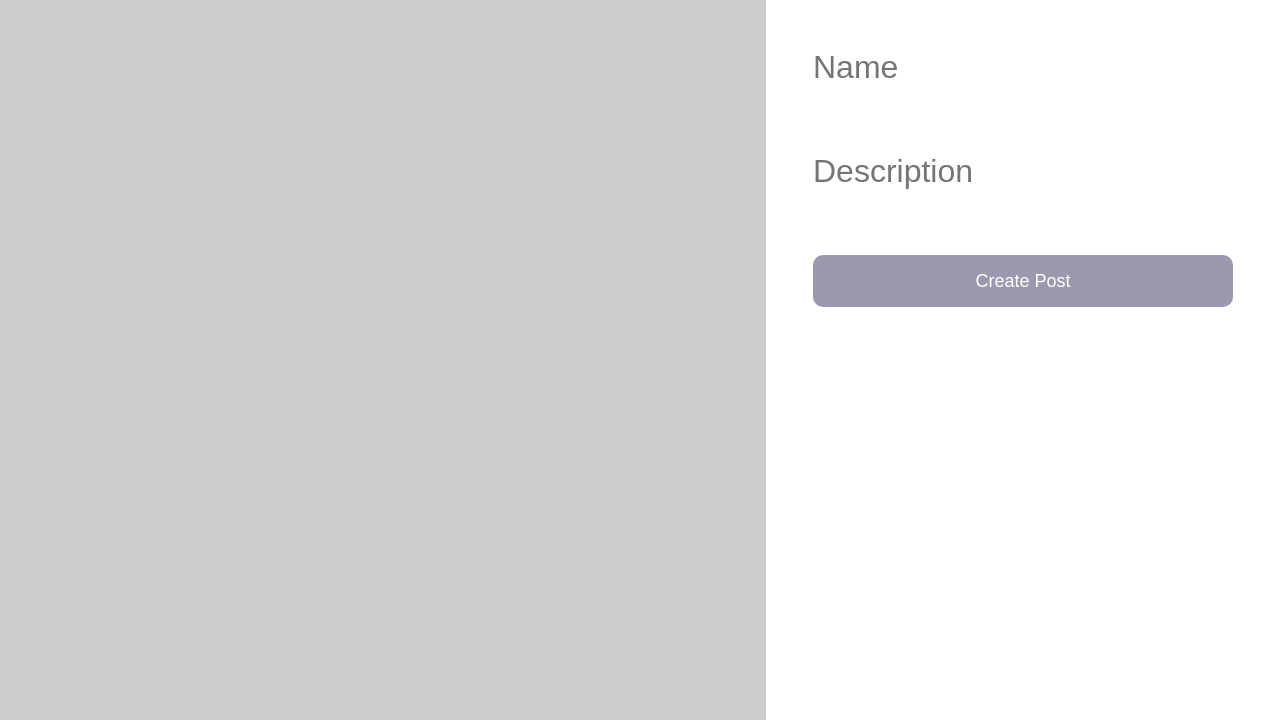
Repository: Axeliriya/vue-todo
Page: /
The author's editor kept a copy of each file at every save. The page is drawn from the files as they stood at one save, then again after the next save.
The browser window is 1280 px wide. The pictures show the whole page.
The project was rebuilt for these pictures with package versions that can differ from the ones it lists, and the page was loaded fresh each time. Also part of the build but not shown: vue.config.js.

Above is the page before, as saved 2022-04-01 20:11:15.

### public/index.html
<!DOCTYPE html>
<html lang="">
  <head>
    <meta charset="utf-8">
    <meta name="viewport" content="width=device-width,initial-scale=1.0">
    <link rel="icon" href="<%= BASE_URL %>favicon.ico">
    <title>Todo</title>
  </head>
  <body>
    <div id="app"></div>
  </body>
</html>

### src/App.vue
<template>
  <div class="app">
    <post-list :posts="posts" />
    <post-modal><post-form /></post-modal>
  </div>
</template>

<script>
import PostList from '@/components/PostList';
import PostModal from '@/components/PostModal';
import PostForm from '@/components/PostForm';

export default {
  components: {
    PostList,
    PostModal,
    PostForm,
  },
  data() {
    return {
      posts: [
        { id: Date.now(), title: 'Post about HTML5', body: 'For example' },
        { id: Date.now() + 1, title: 'Post about CSS3', body: 'For example' },
        { id: Date.now() + 2, title: 'Post about React', body: 'For example' },
        { id: Date.now() + 3, title: 'Post about Redux', body: 'For example' },
        { id: Date.now() + 4, title: 'Post about Vue 3', body: 'For example' },
        { id: Date.now() + 5, title: 'Post about Vuex', body: 'For example' },
      ],
      title: '',
      body: '',
    };
  },
  methods: {
    // createPost() {
    //   const newPost = {
    //     id: Date.now(),
    //     title: this.title,
    //     body: this.body,
    //   };
    //   this.posts.push(newPost);
    //   this.title = '';
    //   this.body = '';
    // },
  },
};
</script>

<style>
* {
  margin: 0;
  padding: 0;
  box-sizing: border-box;
}

body {
  font-family: 'Roboto', sans-serif;
}

ul {
  list-style-type: none;
}

img {
  display: block;
  width: 100%;
  height: auto;
}

.app {
  padding: 15px;
}
</style>

### src/components/PostList.vue
<template>
  <ul class="posts">
    <post-item />
  </ul>
</template>

<script>
import PostItem from '@/components/PostItem';

export default {
  components: {
    PostItem,
  },
};
</script>

<style scoped>
.posts {
  display: grid;
  grid-template-columns: repeat(4, 1fr);
  gap: 20px;
  background-color: gainsboro;
}
</style>

### src/components/PostModal.vue
<template>
  <div class="overlay">
    <div class="modal">
      <slot></slot>
    </div>
  </div>
</template>

<script>
export default {};
</script>

<style scoped>
.overlay {
  position: fixed;
  top: 0;
  left: 0;
  width: 100%;
  height: 100vh;
  background-color: rgb(0, 0, 0, 0.2);
  display: flex;
  justify-content: end;
}

.modal {
  padding: 15px;
  background-color: #fff;
}
</style>

### src/components/PostForm.vue
<template>
  <form class="form" @submit.prevent>
    <input
      v-bind:value="title"
      @input="title = $event.target.value"
      class="input"
      type="text"
      placeholder="Name"
    />
    <input
      v-bind:value="body"
      @input="body = $event.target.value"
      class="input"
      type="text"
      placeholder="Description"
    />
    <div class="button__wrapper">
      <button class="button" @click="createPost">Create Post</button>
    </div>
  </form>
</template>

<script>
export default {};
</script>

<style scoped>
.form {
  display: grid;
  grid-template-columns: 1fr;
}

.input {
  background-color: transparent;
  border: none;
  padding: 32px;
  font-weight: 400;
  font-size: 32px;
  line-height: 40px;
}

.button__wrapper {
  padding: 32px;
}

.button {
  width: 100%;
  border: none;
  background: rgb(3, 2, 53, 0.4);
  border-radius: 10px;
  padding: 16px;
  color: #ffffff;
  font-weight: 500;
  font-size: 18px;
  line-height: 20px;
  cursor: pointer;
}

.button:hover {
  background: rgb(3, 2, 53, 0.5);
}
</style>

### src/components/PostItem.vue
<template>
  <li class="post" v-for="post in posts">
    <div class="post__name"><strong>Name: </strong>{{ post.title }}</div>
    <div class="post__description">
      <strong>Description: </strong>{{ post.body }}
    </div>
  </li>
</template>

<script>
export default {
  props: {
    posts: {
      type: Array,
      required: true,
    },
  },
};
</script>

<style scoped>
.post {
  border-radius: 15px;
  font-weight: 500;
  font-size: 17px;
  line-height: 24px;
}

.post__name {
  padding: 24px 16px 16px 16px;
  border-radius: 15px 15px 0 0;
  background-color: #a5ddb8;
}

.post__description {
  padding: 12px 16px 16px 16px;
  border-radius: 0 0 15px 15px;
  background-color: #ffffff;
}
</style>

Loaded but not shown: src/main.js (common file)

After the next save:
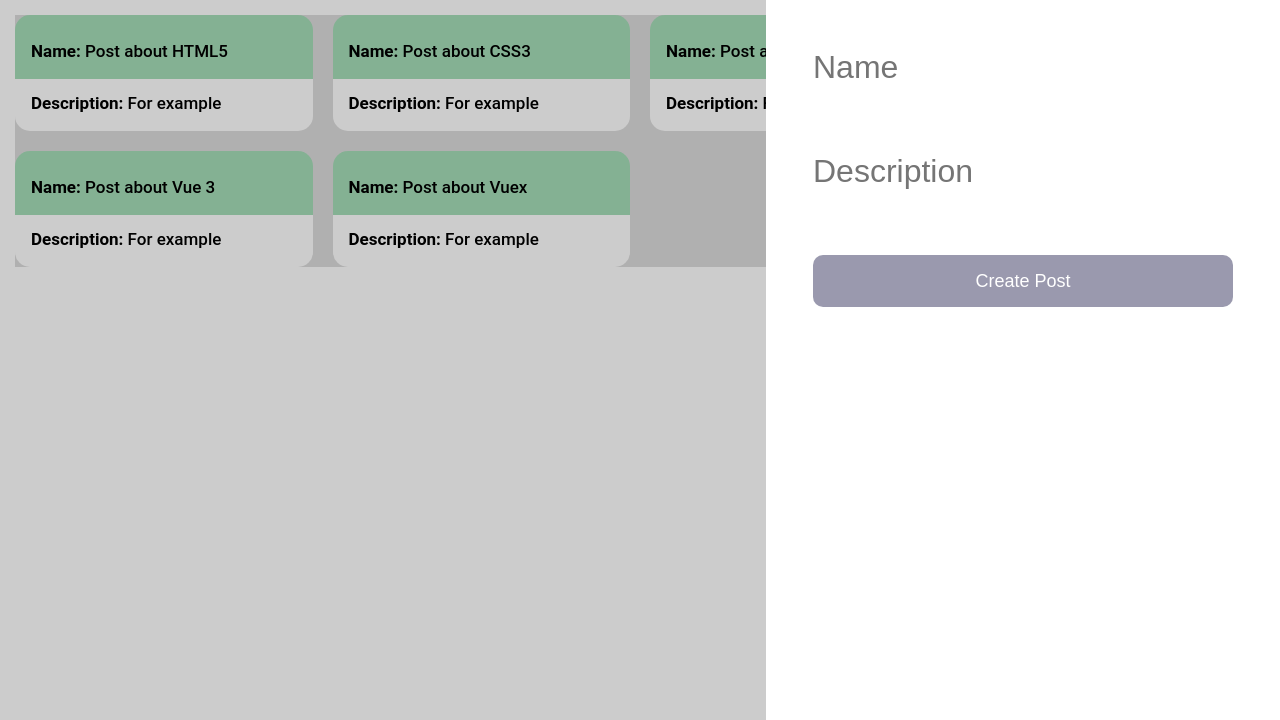
Saved 44 s later.
--- a/src/components/PostList.vue
+++ b/src/components/PostList.vue
@@ -1,6 +1,6 @@
 <template>
   <ul class="posts">
-    <post-item />
+    <post-item :posts="posts" />
   </ul>
 </template>
 
@@ -10,6 +10,12 @@ import PostItem from '@/components/PostItem';
 export default {
   components: {
     PostItem,
+  },
+  props: {
+    posts: {
+      type: Array,
+      required: true,
+    },
   },
 };
 </script>
